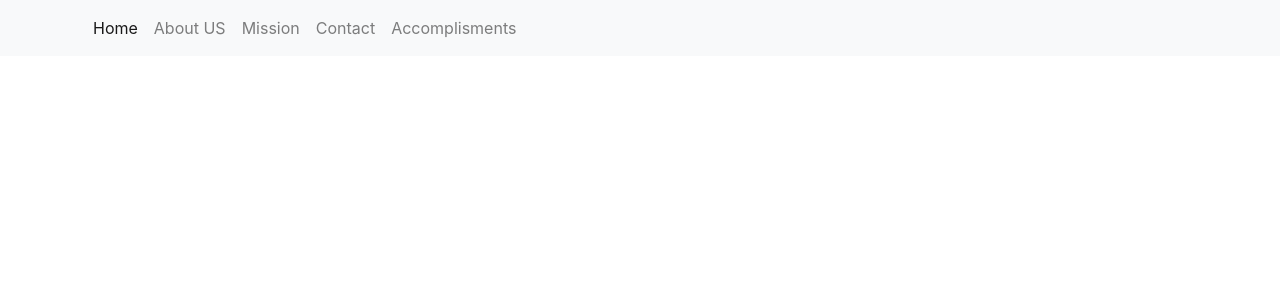
Repository: vipulx44/Prayas-Seva
Page: http://localhost/?page=1
An editor plug-in stored every save of this project. The page is shown before and after the next save, followed by the edit.
The browser window is 1280 px wide. The pictures show the whole page.
Some web libraries are served in a nearby version. The page is run by PHP 8.4 with error messages shown; the project is at /var/www/html/.

Above is the page before, as saved 2017-09-23 13:59:46.

After the next save:
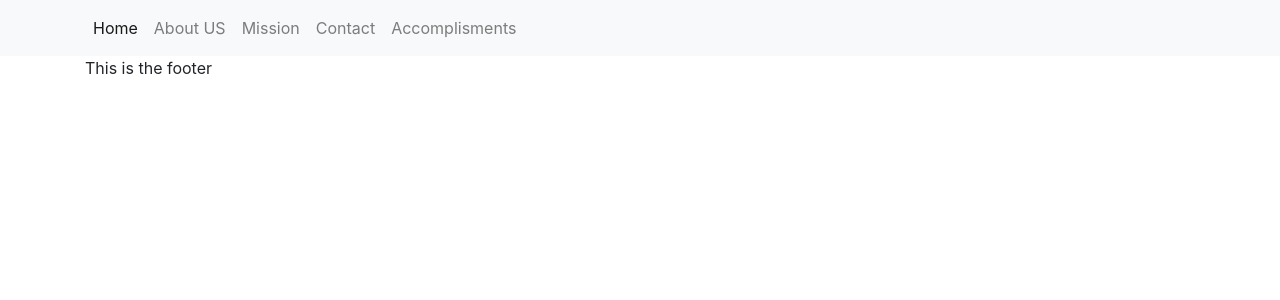
Saved 5 min 58 s later.
--- a/Prayasfirst/index.php
+++ b/Prayasfirst/index.php
@@ -44,6 +44,13 @@
 					  </div>
 		</nav>  <!-- End Main Navigation -->
 
+		<footer class="footer">
+			<div class="container">
+				This is the footer
+			</div>
+
+		</footer>
+
 
 
 
